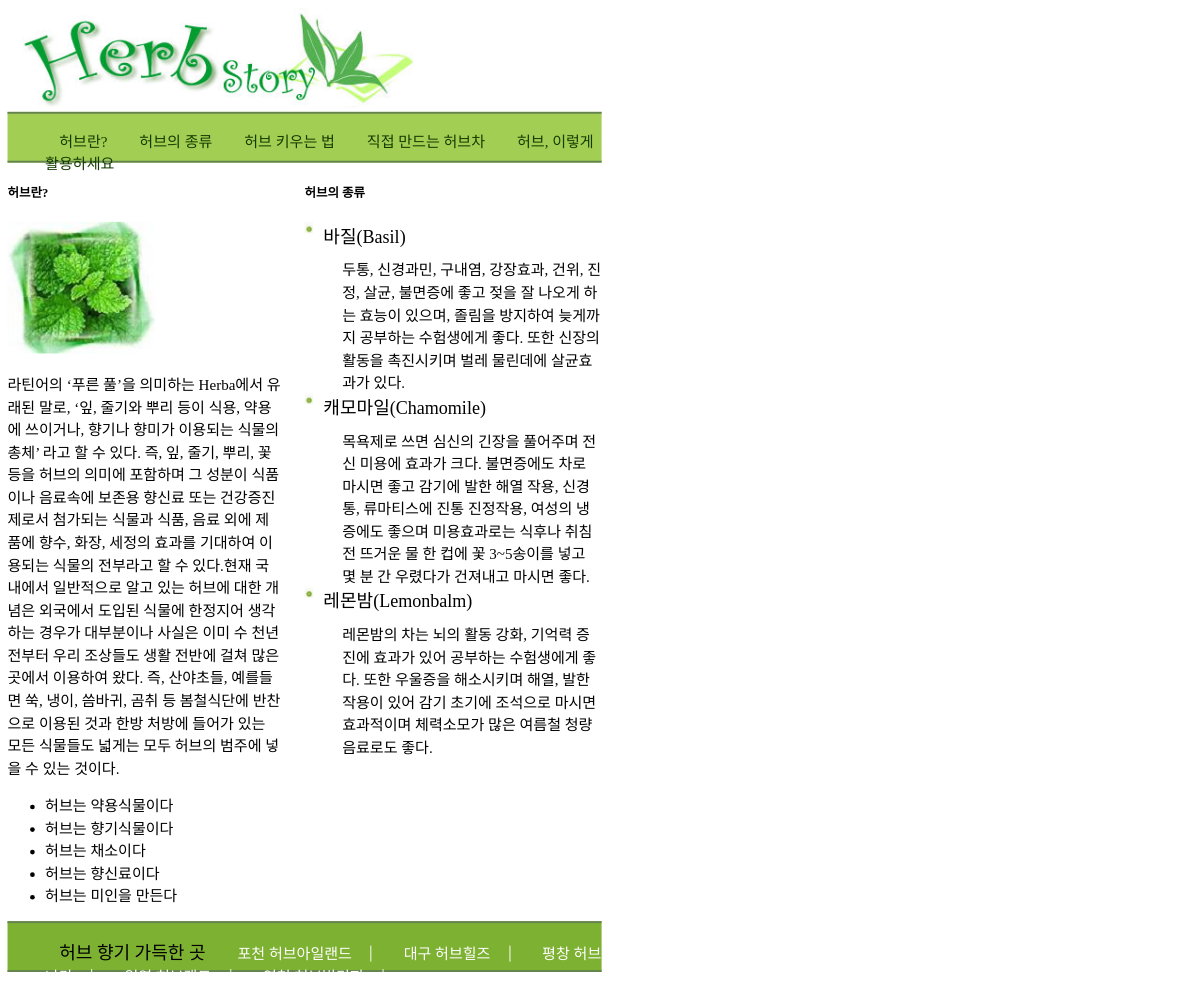
Repository: gus-123/Edu_KCC_HTML
Page: CSS/WebContent/layout.htm
An editor plug-in stored every save of this project. The page is shown before and after the next save, followed by the edit.
The browser window is 1280 px wide. The pictures show the whole page, at 94% of full size.

Above is the page before, as saved 2024-07-09 08:31:19.

### CSS/WebContent/layout.htm
<!DOCTYPE HTML PUBLIC "-//W3C//DTD HTML 4.01//EN" "http://www.w3.org/TR/html4/strict.dtd">
<html>
<head>
<title>레이아웃 연습하기</title>
<meta http-equiv="Content-Type" content="text/html; charset=UTF-8">
<style type="text/css">
#menu {
	border: 2px solid #648350;
	border-left: none;
	border-right: none;
	width: 50%;
	height: 50px;
	background-color: #a2ce53;
}

#menu li {
	display: inline;
	padding: 3px 15px;
	boreder-left: 1px solid #000;
}

#menu li a {
	text-decoration: none;
	color: #153c00;
	font: bold 14px;
}

#content1 {
	float: left;
	width: 23%
}

#content2 {
	margin-left: 25%;
	width: 25%;
}

#infolist {
	border: 2px solid #648350;
	border-left: none;
	border-right: none;
	width: 50%; height : 50px;
	background-color: #7db132;
	clear: both;
}

#content2 dt {
	font: bold black;
	font-size: 120%;
	background: url("images/li.gif") no-repeat 0 0;
	padding-left: 20px;
	padding-bottom: 10px;
}

#infolist li {
	display: inline;
	padding: 3px 15px;
	border-left: none;
}

#list_title {
	border-right: none;
	font: bolder;
	font-size: 120%;
}

#infolist li a {
	text-decoration: none;
	border-right: 1px solid #ffffff;
	color: #ffffff;
	font: bold 14px;
	padding-right: 20px;
	border-right: 1px solid #ffffff;
}
</style>
</head>
<body>

	<div>
		<img src="images/herblogo.jpg">
	</div>

	<div id="menu">
		<ul>
			<li><a href="#">허브란?</a></li>
			<li><a href="#">허브의 종류</a></li>
			<li><a href="#">허브 키우는 법</a></li>
			<li><a href="#">직접 만드는 허브차</a></li>
			<li><a href="#">허브, 이렇게 활용하세요</a></li>
		</ul>
	</div>

	<div id="content1">
		<h5>허브란?</h5>
		<img src="images/balm.jpg" id="balm">
		<p>라틴어의 ‘푸른 풀’을 의미하는 Herba에서 유래된 말로, ‘잎, 줄기와 뿌리 등이 식용, 약용에 쓰이거나,
			향기나 향미가 이용되는 식물의 총체’ 라고 할 수 있다. 즉, 잎, 줄기, 뿌리, 꽃 등을 허브의 의미에 포함하며 그 성분이
			식품이나 음료속에 보존용 향신료 또는 건강증진제로서 첨가되는 식물과 식품, 음료 외에 제품에 향수, 화장, 세정의 효과를
			기대하여 이용되는 식물의 전부라고 할 수 있다.현재 국내에서 일반적으로 알고 있는 허브에 대한 개념은 외국에서 도입된 식물에
			한정지어 생각하는 경우가 대부분이나 사실은 이미 수 천년 전부터 우리 조상들도 생활 전반에 걸쳐 많은 곳에서 이용하여 왔다.
			즉, 산야초들, 예를들면 쑥, 냉이, 씀바귀, 곰취 등 봄철식단에 반찬으로 이용된 것과 한방 처방에 들어가 있는 모든
			식물들도 넓게는 모두 허브의 범주에 넣을 수 있는 것이다.</p>
		<ul>
			<li>허브는 약용식물이다</li>
			<li>허브는 향기식물이다</li>
			<li>허브는 채소이다</li>
			<li>허브는 향신료이다</li>
			<li>허브는 미인을 만든다</li>
		</ul>
	</div>

	<div id="content2">
		<h5>허브의 종류</h5>
		<dt>바질(Basil)</dt>
		<dd>두통, 신경과민, 구내염, 강장효과, 건위, 진정, 살균, 불면증에 좋고 젖을 잘 나오게 하는 효능이 있으며,
			졸림을 방지하여 늦게까지 공부하는 수험생에게 좋다. 또한 신장의 활동을 촉진시키며 벌레 물린데에 살균효과가 있다.</dd>
		<dt>캐모마일(Chamomile)</dt>
		<dd>목욕제로 쓰면 심신의 긴장을 풀어주며 전신 미용에 효과가 크다. 불면증에도 차로 마시면 좋고 감기에 발한 해열
			작용, 신경통, 류마티스에 진통 진정작용, 여성의 냉증에도 좋으며 미용효과로는 식후나 취침 전 뜨거운 물 한 컵에 꽃
			3~5송이를 넣고 몇 분 간 우렸다가 건져내고 마시면 좋다.</dd>
		<dt>레몬밤(Lemonbalm)</dt>
		<dd>레몬밤의 차는 뇌의 활동 강화, 기억력 증진에 효과가 있어 공부하는 수험생에게 좋다. 또한 우울증을 해소시키며
			해열, 발한작용이 있어 감기 초기에 조석으로 마시면 효과적이며 체력소모가 많은 여름철 청량음료로도 좋다.</dd>
	</div>

	<div id="infolist">
		<ul>
			<li id="list_title">허브 향기 가득한 곳</li>
			<li><a href="http://www.herbisland.net/" target="_blank">포천
					허브아일랜드</a></li>
			<li><a href="http://www.herbhillz.com/" target="_blank">대구
					허브힐즈</a></li>
			<li><a href="http://www.herbnara.com/" target="_blank">평창
					허브나라</a></li>
			<li><a href="http://www.iyherbland.co.kr/" target="_blank">일영
					허브랜드</a></li>
			<li><a href="http://www.herbvillage.co.kr/" target="_blank">연천
					허브빌리지</a></li>
		</ul>
	</div>
</body>
</html>

After the next save:
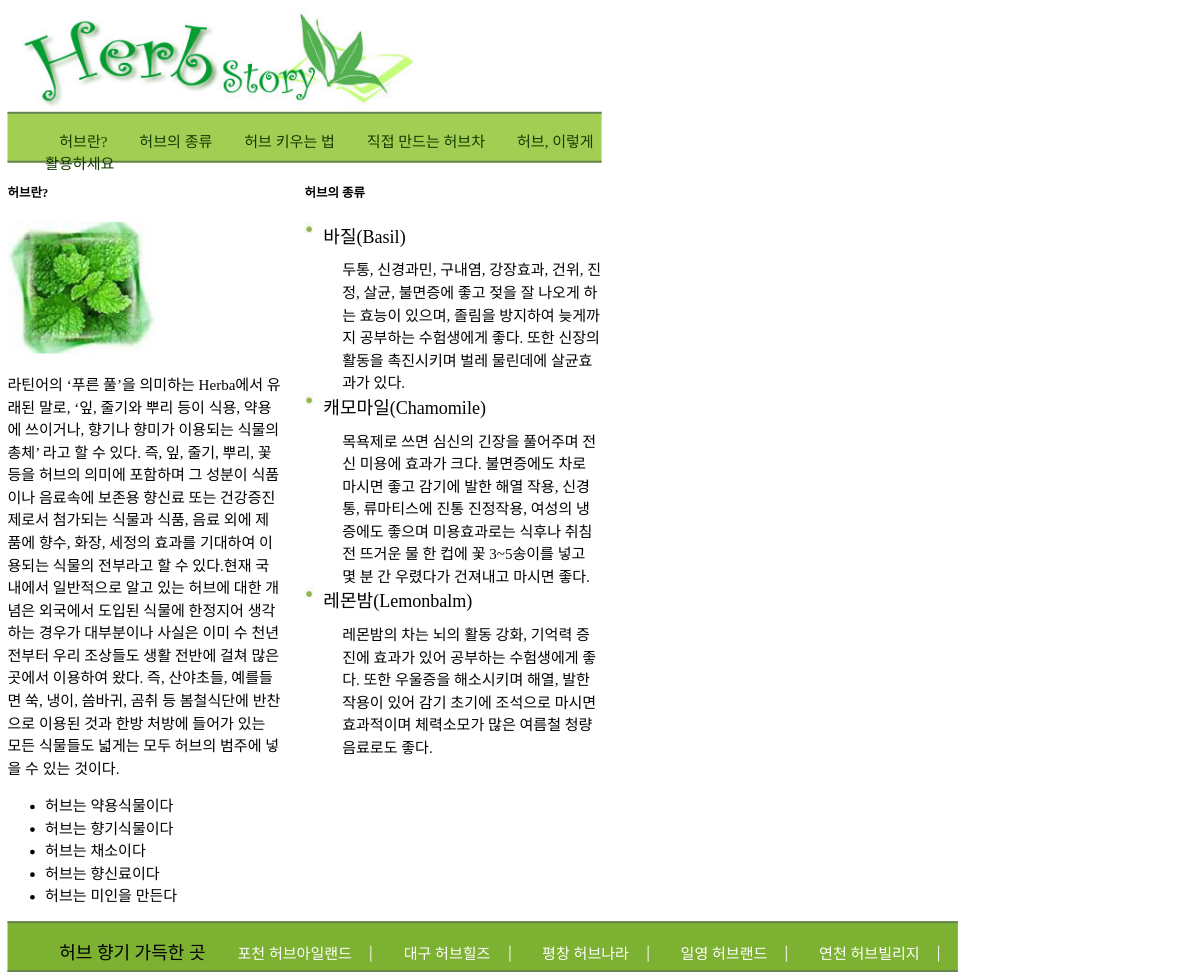
Saved 13 s later.
--- a/CSS/WebContent/layout.htm
+++ b/CSS/WebContent/layout.htm
@@ -39,7 +39,7 @@
 	border: 2px solid #648350;
 	border-left: none;
 	border-right: none;
-	width: 50%; height : 50px;
+	width: 80%; height : 50px;
 	background-color: #7db132;
 	clear: both;
 }
